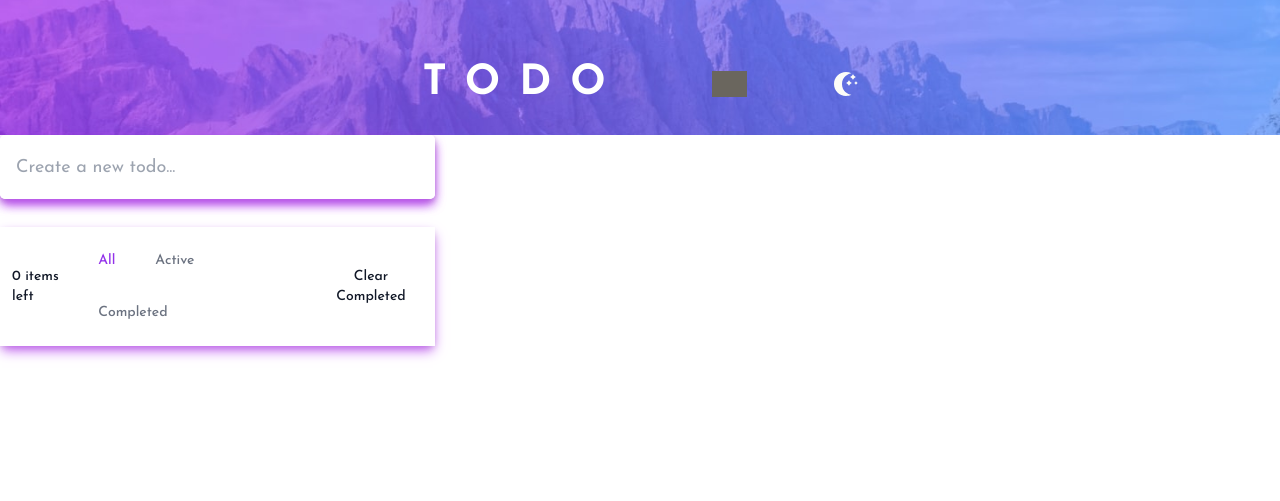
Repository: ikram-lisa/todo-list
Page: /
The author's editor kept a copy of each file at every save. The page is drawn from the files as they stood at one save, then again after the next save.
The browser window is 1280 px wide. The pictures show the whole page.
Pictures or frames that could not be fetched are drawn as grey boxes. The project was rebuilt for these pictures with package versions that can differ from the ones it lists, and the page was loaded fresh each time. Also part of the build but not shown: vite.config.js.

Above is the page before, as saved 2024-05-15 09:49:51.

After the next save:
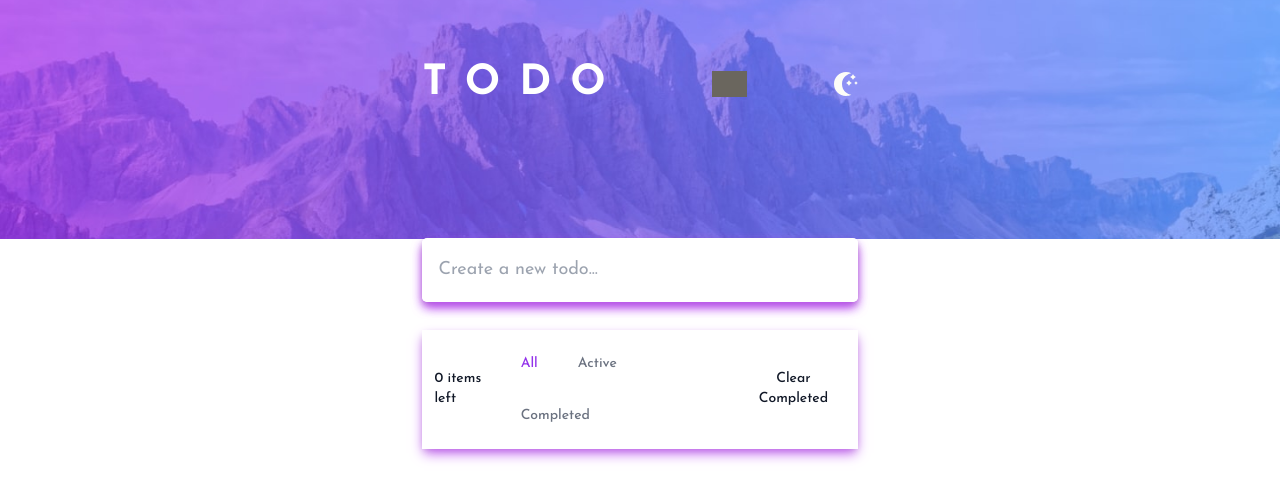
Saved 33 s later.
--- a/src/css/style.scss
+++ b/src/css/style.scss
@@ -20,8 +20,9 @@ body {
   background-position: center;
   background-size: cover;
   overflow-x: hidden;
+  position: relative;
   width: 100%;
-  max-height: 300px;
+  min-height: 239px;
 }
 
 .bg-dark-theme {
@@ -29,7 +30,8 @@ body {
   background-position: center;
   background-size: cover;
   overflow-x: hidden;
-  max-height: 300px;
+  min-height: 239px;
+  position: relative;
   width: 100%;
 }
 .theme-content {
@@ -53,7 +55,9 @@ body {
 }
 .form {
   width: 34%;
-  margin: 0 auto;
+  position: absolute;
+  top: 33%;
+  left: 33%;
 }
 .search {
   box-shadow: hsl(280, 87%, 65%) 0px 6px 12px -2px,
